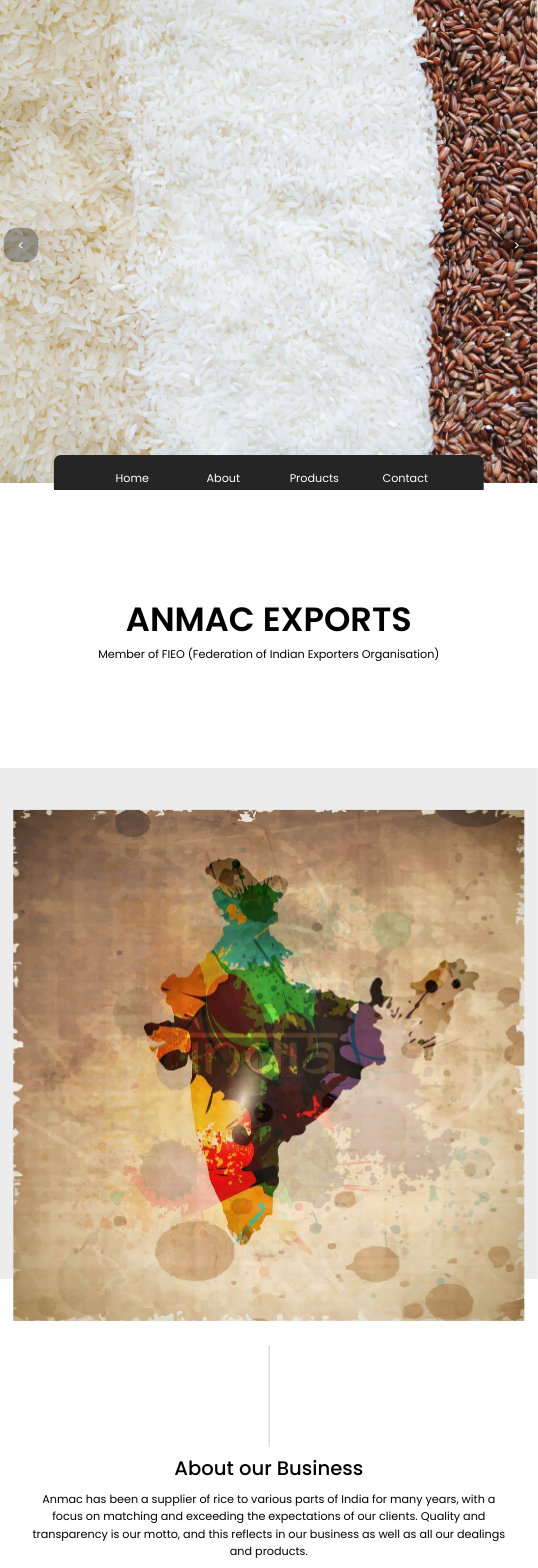
Repository: BitanNag/anmac-portfolio
Page: /#/
The author's editor kept a copy of each file at every save. The page is drawn from the files as they stood at one save, then again after the next save.
The browser window is 768 px wide. The pictures show the part of the page from y = 0 to 2240 px (the page is 8365 px tall), at 70% of full size.
Some web fonts or font styles are not loaded; a fallback is used. The project was rebuilt for these pictures with package versions that can differ from the ones it lists, and the page was loaded fresh each time. Also part of the build but not shown: vue.config.js, src/components/HeaderSection.vue, src/views/AboutView.vue, src/views/ProductsView.vue, src/components/ClientsSection.vue, src/views/ClientsView.vue, src/views/ContactView.vue.

Above is the page before, as saved 2023-11-06 23:18:27.

After the next save:
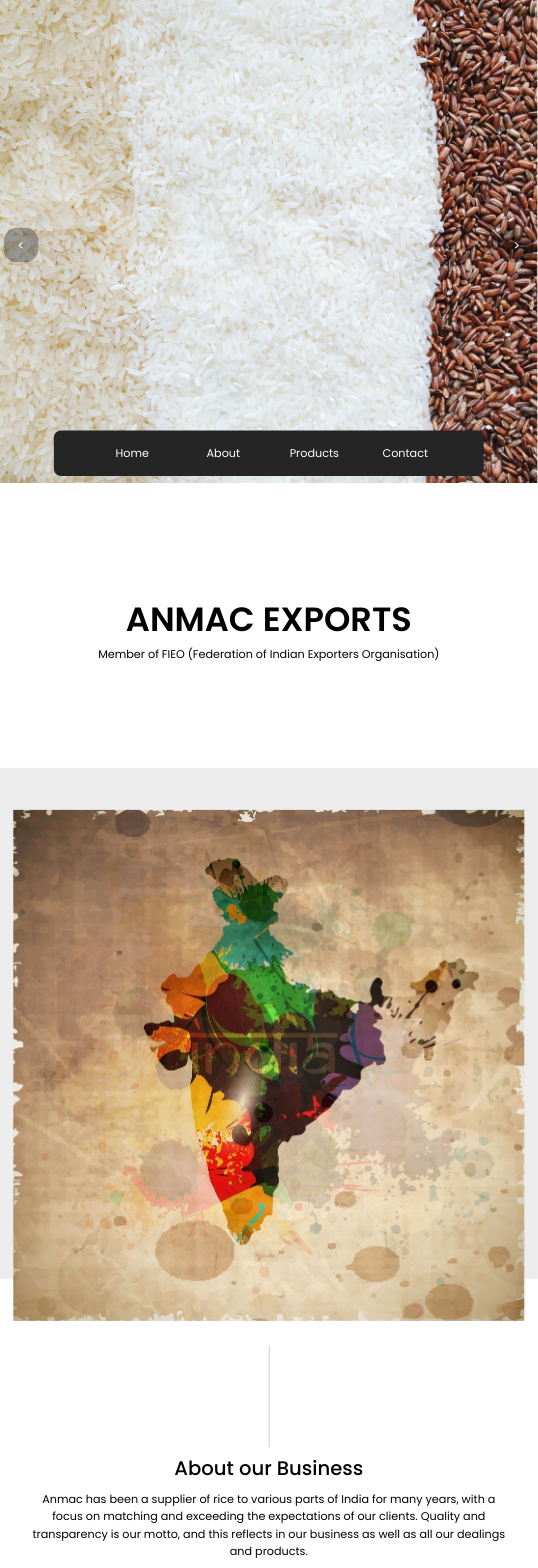
Saved 93 s later.
--- a/src/components/HeroSection.vue
+++ b/src/components/HeroSection.vue
@@ -177,7 +177,7 @@
             padding: 5px;
             display: grid;
             width: 80%;
-            /* bottom: 25%; */
+            bottom: 5%;
         }
 
         .hero-section .nav-bar .nav-list {
